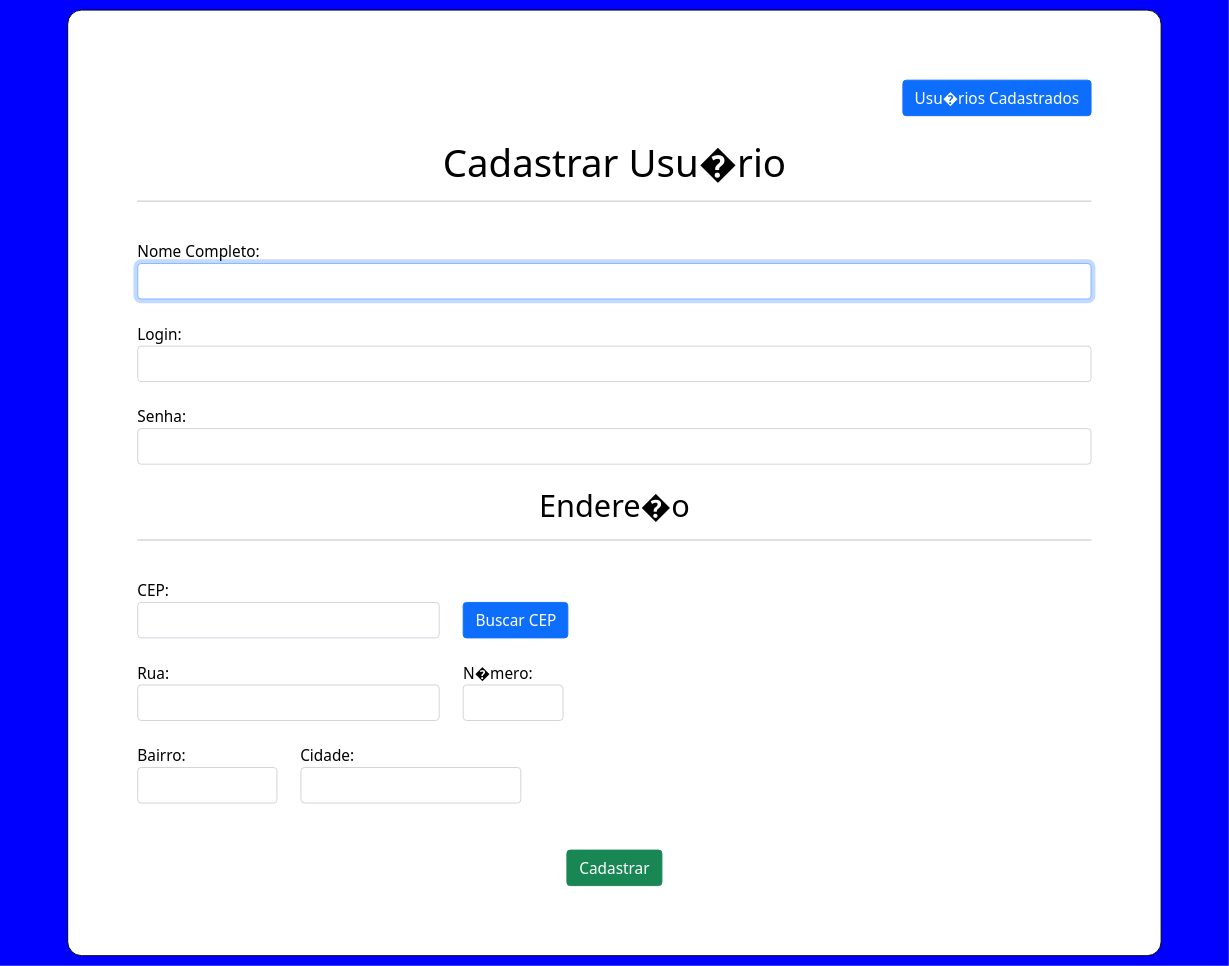
Repository: Magicianred/spring-mvc
Page: http://localhost/index
An editor plug-in stored every save of this project. The page is shown before and after the next save, followed by the edit.
The browser window is 1280 px wide. The pictures show the whole page, at 96% of full size.
The page is this project's Thymeleaf template; nobody is signed in. The template is opened directly, without the code that normally fills it, so the values that code supplies are empty.

Above is the page before, as saved 2021-01-13 02:48:46.

### springmvc/src/main/resources/templates/index.html
<!DOCTYPE html>
<html xmlns="http://www.w3.org/1999/xhtml"
xmlns:th="http://www.thymeleaf.org"
xmlns:layout="http://www.ultraq.net.nz/thymeleaf/layout">

<head>
	<link th:href="@{/css/bootstrap.min.css}" rel="stylesheet"/>
	<link th:href="@{/css/estilo.css}" rel="stylesheet"/>
	<meta charset="ISO-8859-1">
	<title>CRUD MVC</title>
</head>
<body>
	<div id="formulario">
		<div align="right">
			<a th:href="@{/usuarios}"><button class="btn btn-primary" id="botao">Usuários Cadastrados</button></a>
		</div>
		<br />

		<h1 align="center">Cadastrar Usuário</h1>
		<hr><br/>

		<div class="form-group">
			<label>Nome Completo:</label> <br />
			<input class="form-control" type="text" name="nome" id="nome" autofocus />
		</div>
		<br />

		<div class="form-group">
			<label>Login:</label> <br />
			<input class="form-control" type="email" name="email" id="email" />
		</div>
		<br />

		<div class="form-group">
			<label>Senha:</label> <br />
			<input class="form-control" type="password" name="senha" id="senha" />
		</div>
		<br />

		<h2 align="center">Endereço</h2>
		<hr><br/>
		<div class="form-group row">
			<label>CEP:</label> <br />
			<div class="col-md-4"><input class="form-control" type="text" name="cep" id="cep" /></div>
			<div class="col-md-4"><button class="btn btn-primary" onclick="buscar()">Buscar CEP</button></div>
		</div>
		<br />

		<div class="form-group row">
			<div class="col-md-4">
				<label>Rua:</label> <br />
				<input class="form-control" type="text" name="rua" id="rua" />
			</div>
			<div class="col-md-4">
				<label>Número:</label> <br />
				<input class="form-control house-number" type="text" name="numero" id="numero" />
			</div>
		</div>
		<br />

		<div class="form-group row">
			<div class="col-md-2">
				<label>Bairro:</label> <br />
				<input class="form-control" type="text" name="bairro" id="bairro" />
			</div>
			<div class="col-md-3">
				<label>Cidade:</label> <br />
				<input class="form-control" type="text" name="cidade" id="cidade" />
			</div>
		</div>
		<br />

		<br />

		<div align="center">
			<button class="btn btn-success" onclick="cadastrar()" id="botao">Cadastrar</button>
		</div>

	</div>
</body>
</html>

### springmvc/src/main/resources/static/css/estilo.css
* {
	margin: 0;
	padding: 0;
}

body{
	background-color: blue;
	color: black;
	padding: 10px 70px 10px 70px;
}

#formulario{
	background-color: white;
	padding: 10vh;
	border-radius: 15px;
	border: 1px solid black;
}

thead{
	background-color: blue;
	color: white;
}

.house-number {
	width: 105px
}

Loaded but not shown: springmvc/src/main/resources/static/css/bootstrap.min.css (library)

After the next save:
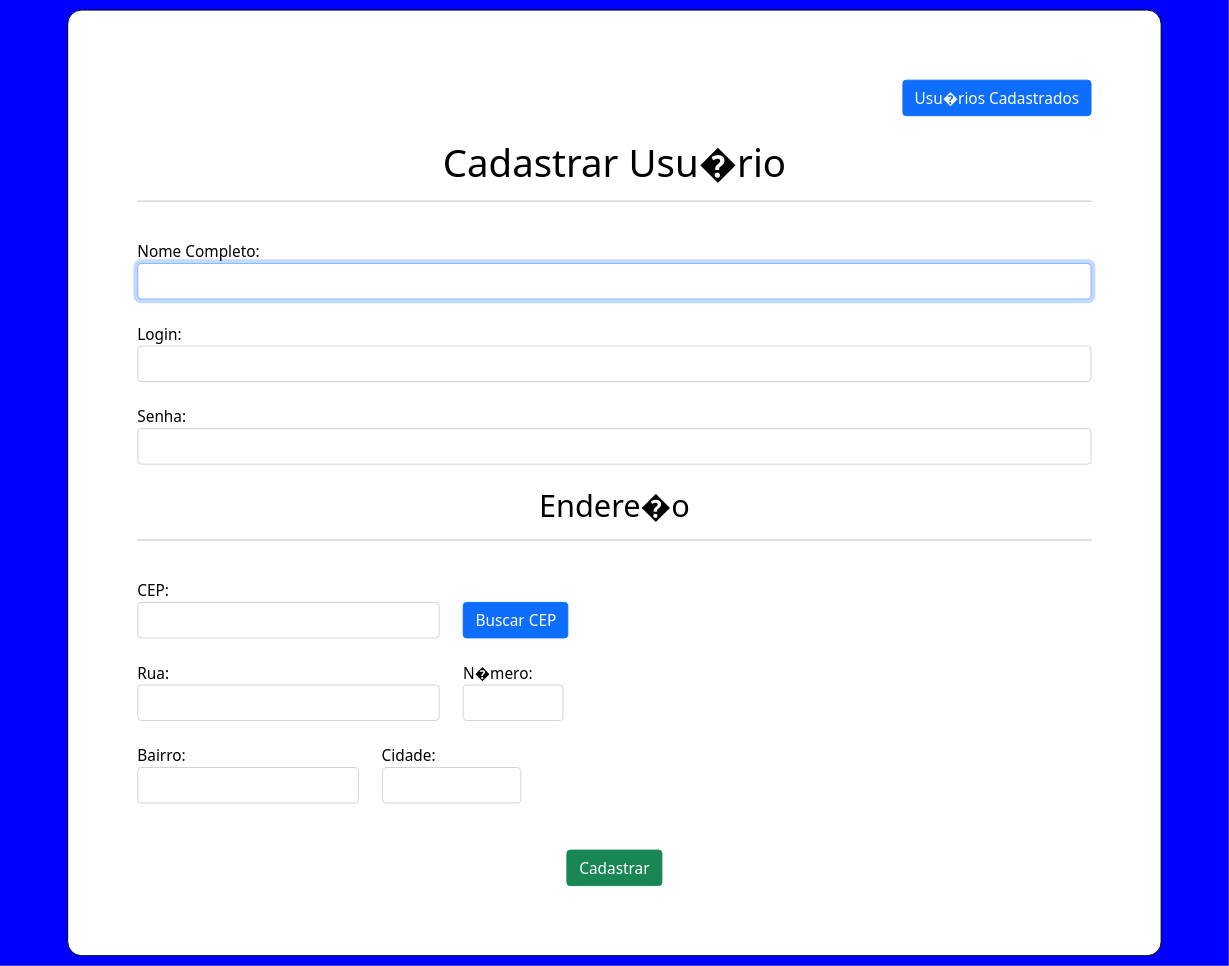
Saved 7 s later.
--- a/springmvc/src/main/resources/templates/index.html
+++ b/springmvc/src/main/resources/templates/index.html
@@ -59,11 +59,11 @@ xmlns:layout="http://www.ultraq.net.nz/thymeleaf/layout">
 		<br />
 
 		<div class="form-group row">
-			<div class="col-md-2">
+			<div class="col-md-3">
 				<label>Bairro:</label> <br />
 				<input class="form-control" type="text" name="bairro" id="bairro" />
 			</div>
-			<div class="col-md-3">
+			<div class="col-md-2">
 				<label>Cidade:</label> <br />
 				<input class="form-control" type="text" name="cidade" id="cidade" />
 			</div>
